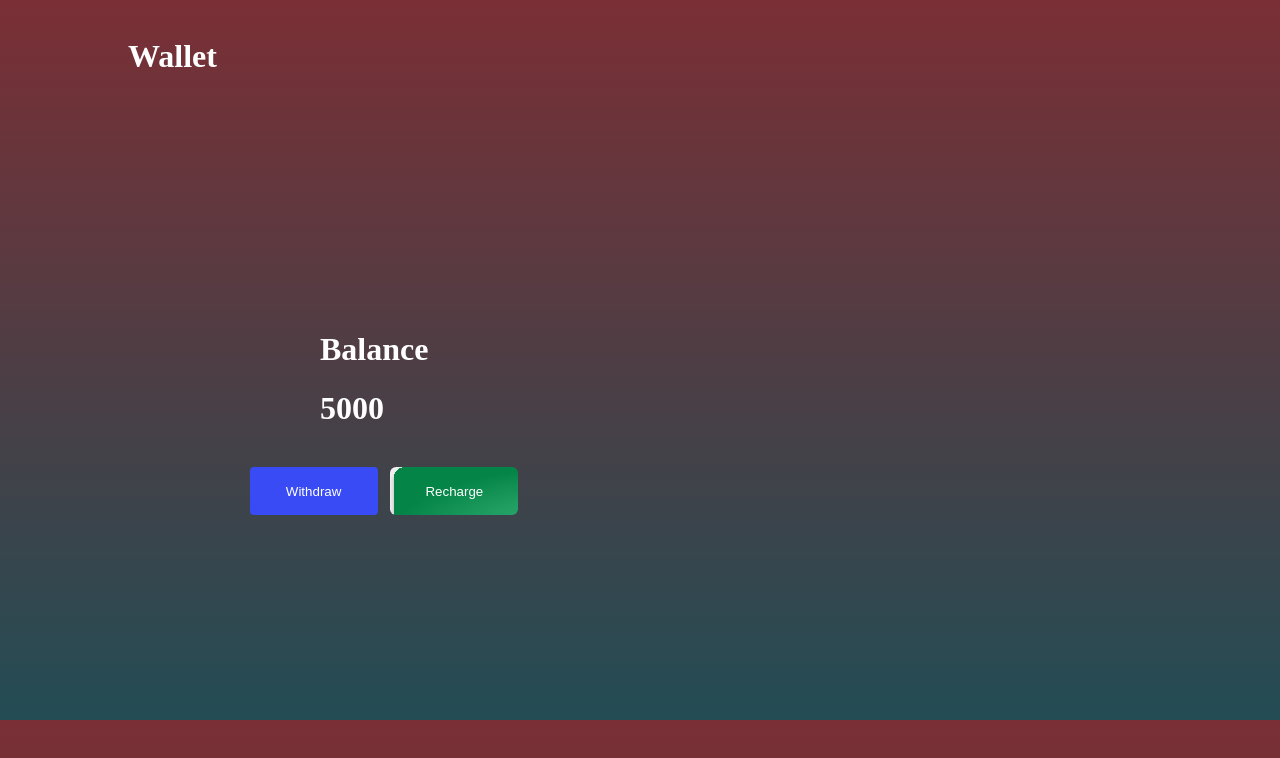
Repository: jagan607/N-Kalari
Page: /
These files come from the project's save history. The page is drawn as it stood at one moment and after the next save; the edit follows.
The browser window is 1280 px wide. The pictures show the whole page.
The project was rebuilt for these pictures with package versions that can differ from the ones it lists, and the page was loaded fresh each time. Also part of the build but not shown: src/App.css, src/helpers/firebase.js, src/components/Login/Login.js.

Above is the page before, as saved 2022-01-07 20:46:56.

### src/index.css
body,
html,
.App,
#root,
.main {
  width: 100%;
  height:100%;
  scroll-behavior: smooth;

}
body{
    margin: 0;
    padding: 0;
    text-align: center;
    background-image: linear-gradient(#7A2F35, #234C54);
  }

### src/App.js
import logo from './logo.svg';
import './App.css';
import React, { Component } from "react"
import Login from './components/Login/Login'
import Wallet from './components/wallet/Wallet'
import {history} from './helpers/history'
import {Router, Route, Routes } from "react-router-dom";


class App extends Component {
  constructor(props) {
    super(props);
  }

  render() {
    return(
      <div>
        {/* <Login></Login> */}

        <Wallet></Wallet>

          {/* <Route exact path="/">
          </Route> */}
          {/* <Route exact path="/wallet">
            <Wallet/>
          </Route> */}
     </div>
    );
}
}

export default App;

### src/components/wallet/Wallet.js
import React, { Component } from "react"
import styles from './index.css';

class Wallet extends Component{
    constructor(props){
        super(props);


    }

    render(){
        return(
            <div>
                 <h1 className="heading">Wallet</h1>
                <div className="left">
                    <div className="balance">
                        <h1 className="balance-heading">Balance </h1>
                        <h1 className="balance-value">5000</h1>
                    </div>
                <div className="buttons">
                    <button className="withdraw">Withdraw</button>
                    <button className="recharge">Recharge</button>

                </div>
                </div>
                <div className="right">
                    <div className="recent-transactions">

                    </div>
                </div>
            </div>

        )
    }
}
export default Wallet;

### src/components/wallet/index.css
.left{
    width: 50%;
    height: 100%;
    margin-top: 20%;

}

.heading{
    color: white;
    text-align: left;
    margin-left: 10%;
    margin-top: 3%;
}

.balance-heading{
    color :white;
    text-align: left;
    margin-left: 50%;
    margin-top: 10%;
}

.balance-value{
    color :white;
    text-align: left;
    margin-left: 50%;
    margin-top: 2%;
}

.buttons{
    width: 100%;
    float: left;
    margin-left: 10%;
    margin-top: 3%;
}

.withdraw{
    margin-right: 2%;
    width: 8rem;
    height: 3rem;
    background: #384BF5;
    border-radius: 4px;
    color: white;
    border: none;


}

.recharge{
    width: 8rem;
    height: 3rem;
    background-image: url("data:[embedded picture, 1436 characters]");
    color: white;
    border: none;
    border-radius: 6px;

}

.right{

}

Loaded but not shown: public/index.html (common file); src/index.js (common file); src/reportWebVitals.js (common file); src/helpers/history.js (common file)

After the next save:
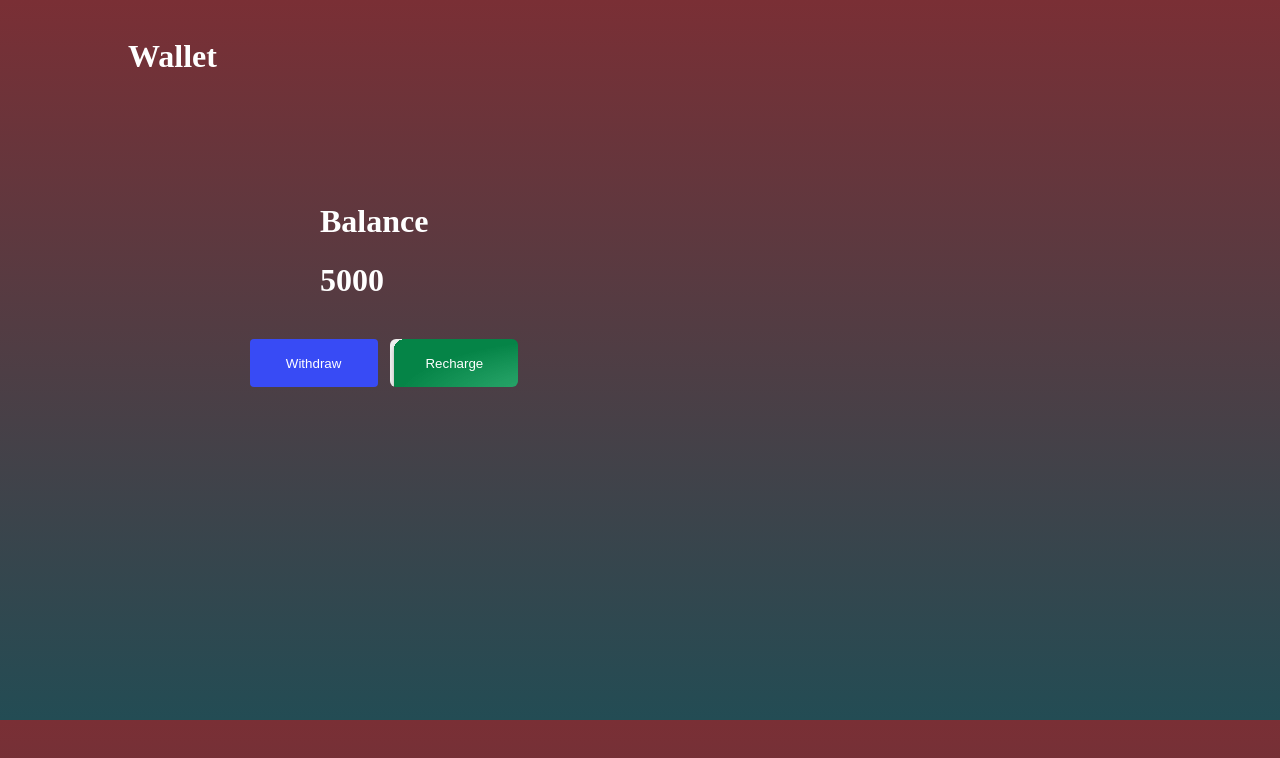
Saved 5 s later.
--- a/src/components/wallet/index.css
+++ b/src/components/wallet/index.css
@@ -1,7 +1,7 @@
 .left{
     width: 50%;
     height: 100%;
-    margin-top: 20%;
+    margin-top: 10%;
 
 }
 
